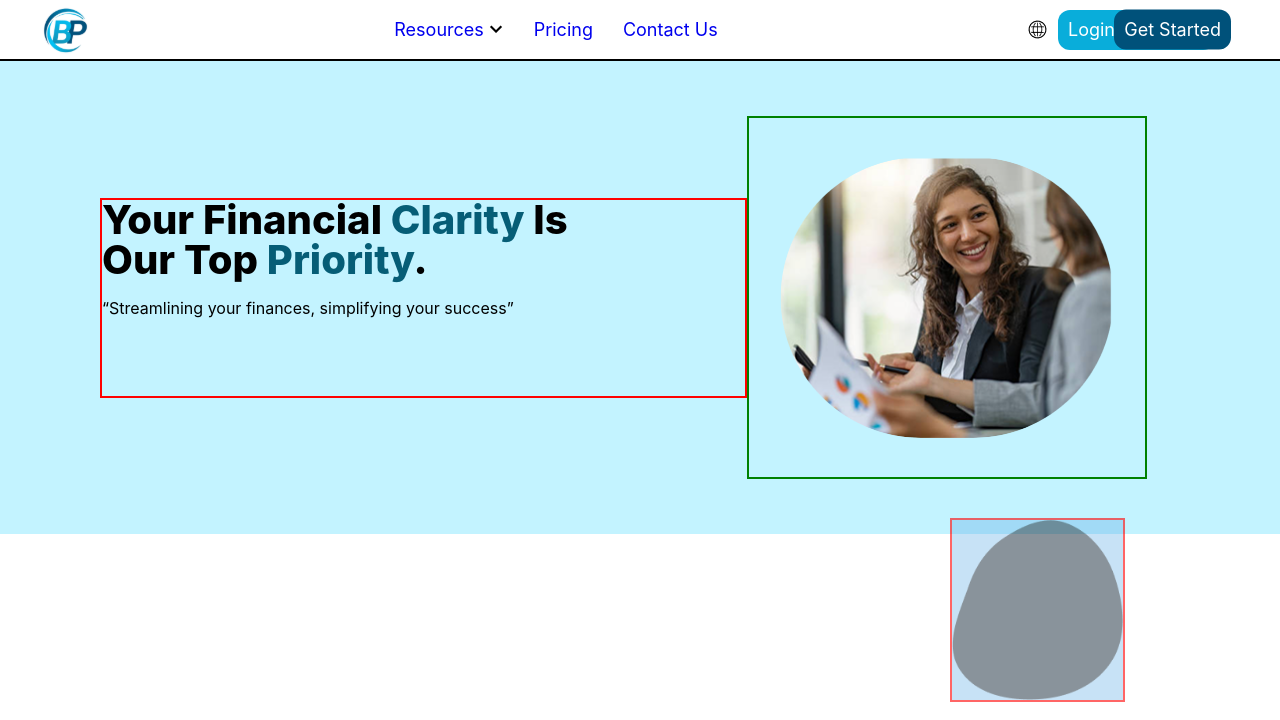
Repository: dark-txch/Bizpadi
Page: /
The author's editor kept a copy of each file at every save. The page is drawn from the files as they stood at one save, then again after the next save.
The browser window is 1280 px wide. The pictures show the whole page.
The project was rebuilt for these pictures with package versions that can differ from the ones it lists, and the page was loaded fresh each time. Also part of the build but not shown: vite.config.js.

Above is the page before, as saved 2025-04-02 05:12:31.

### index.html
<!DOCTYPE html>
<html lang="en">
	<head>
		<meta charset="UTF-8" />
		<link rel="icon" type="image/svg+xml" href="/public/logo.svg" />
		<meta name="viewport" content="width=device-width, initial-scale=1.0" />
		<title>Bizpadi</title>
	</head>
	<body>
		<div id="root"></div>
		<script type="module" src="/src/main.jsx"></script>
	</body>
</html>

### src/index.css
:root {
	font-family: system-ui, Avenir, Helvetica, Arial, sans-serif;
	line-height: 1.5;
	font-weight: 400;

	color-scheme: light dark;
	color: black;
	background-color: white;

	font-synthesis: none;
	text-rendering: optimizeLegibility;
	-webkit-font-smoothing: antialiased;
	-moz-osx-font-smoothing: grayscale;
}

* {
	box-sizing: border-box;
	padding: 0;
	margin: 0;
	outline: none;
	border: none;
}

body {
	height: 100vh;
	width: 100vw;
	overflow: hidden;

	font-family: "inter", sans-serif;
}

a {
	text-decoration: none;
}

### src/App.jsx
import "./App.css";
import Nav from "./components/LandingPage/Nav";
import MidSection from "./components/LandingPage/MidSection";

function App() {
	return (
		<>
			<Nav />
			<MidSection />
		</>
	);
}

export default App;

### src/App.css
/*  LANDING PAGE/Main container */

@font-face {
	font-family: "MyCustomFont";
	src: url("/fonts/Inter/Inter-Italic-VariableFont_opsz,wght.ttf")
			format("truetype"),
		url("/fonts/Inter/Inter-VariableFont_opsz,wght.ttf") format("truetype");
	font-weight: normal;
	font-style: normal;
}

nav.homepage-nav {
	/*  this is the parent container */
	width: 100vw;
	height: 61px;
	display: flex;
	font-size: 18px;
	align-items: center;
	justify-content: space-between;
	border-bottom: 2px solid #000;
	box-shadow: 1px 1px 2px 0px rgba(0, 0, 0, 0.25%);
}

nav.homepage-nav .logo {
	/* this is the first div "LOGO" */
	margin-left: 30px;
	margin-top: 10px;
}

nav.homepage-nav :nth-child(2) a {
	/* this is the middle div */
	width: 309px;
	height: 24px;
	position: relative;
}

.homepage-nav div:nth-child(2) a:nth-of-type(1) {
	margin-right: 50px;
}

.homepage-nav div:nth-child(2) a:nth-of-type(2) {
	margin-right: 30px;
}

nav.homepage-nav :nth-child(2) a > img {
	position: absolute;
}

.homepage-nav div:nth-child(3) {
	/* this is the login and get started container .. the third div*/
	width: 218px;
	height: 40px;
	display: flex;
	justify-content: center;
	align-items: center;
	gap: 10px;
	position: relative;
	color: white;
	border-radius: 12px;
	margin-right: 50px;
}

.homepage-nav div:nth-child(3) a:nth-of-type(1) {
	/* this is the login button */
	background-color: #09adda;
	color: inherit;
	display: inline-block;
	width: 157px;
	padding: 8px;
	height: inherit;
	padding-left: 10px;
	border-radius: inherit;
	display: flex;
	align-items: center;
}

.homepage-nav div:nth-child(3) a:nth-of-type(2) {
	/* this is the signup button */
	background-color: #00517a;
	color: inherit;
	display: inline-block;
	/* width: 110px; */
	padding-left: 10px;
	padding-right: 10px;
	height: inherit;
	border-radius: inherit;
	position: absolute;
	top: -2px;
	right: -10px;
	transform: translate(-9px, 1.5px);
	display: flex;
	align-items: center;
}

/* MIDSECTION */
.midSection {
	background-color: #c3f3ff;
	height: 473px;
	display: flex;
	align-items: center;
}

.landingPageMotto {
	display: inline-block;
	width: 647px;
	height: 200px;
	top: 166px;
	left: 113px;
	/* gap: 19px; */

	margin-left: 100px;

	border: 2px solid red;
}

.landingPageMotto > h1 {
	width: 538px;
	height: 96px;

	font-weight: 800;
	font-size: 40px;
	line-height: 100%;
	text-transform: capitalize;
}

.landingPageMotto > h1 span {
	color: #065d76;
}

.landingPageImages {
	position: relative;
	border: 2px solid green;
	width: 399.93px;
	height: 362.9px;
	display: flex;
	justify-content: center;
	align-items: center;
}

.landingPageImages > img {
	position: absolute;
}

.landingPageImages > img:nth-of-type(1) {
	width: 334.57px;
	height: 281.66px;
	border-radius: 150px;
	z-index: 100;
}

.landingPageImages > img:nth-of-type(2) {
	width: 175.07px;
	height: 184.4px;
	top: 400px;
	right: 20px;
	background-color: #65b0e799;
	opacity: 0.6;

	border: 2px solid red;
}

.landingPageImages > img:nth-of-type(3) {
}

### src/components/LandingPage/Nav.jsx
export default function Nav() {
	return (
		// Main Landing container, parent housing the landing page
		<>
			{/* Inside of the main is the nav element */}
			<nav className="homepage-nav">
				<div className="logo">
					<img src="/assets/icons/logo.svg" alt="Bizpadi icon" />
				</div>

				{/* Second div */}
				<div>
					<a href="#">
						Resources
						<img src="/assets/icons/dropdown.png" alt="dropdown icon" />
					</a>
					<a href="#">Pricing</a>
					<a href="#">Contact Us</a>
				</div>

				{/* Third div */}
				<div>
					<img src="/assets/icons/world.png" alt="world" />
					<a href="#">Login</a>
					<a href="#">Get Started</a>
				</div>
			</nav>
		</>
	);
}

### src/components/LandingPage/MidSection.jsx
export default function MidSection() {
	return (
		<section className="midSection">
			<div className="landingPageMotto">
				<h1>
					Your financial <span>clarity</span> is our top <span>priority</span>.
				</h1>
				<p>“Streamlining your finances, simplifying your success”</p>
			</div>

			{/* This is the images section in the mid section */}
			<div className="landingPageImages">
				<img src="/assets/images/smiley.png" alt="smiley" />
				<img src="/assets/images/Vector-black.png" alt="vector-black" />
				<img src="/assets/images/Vector-blue.png" alt="vector-blue" />
				<img src="/assets/images/Vector-orange.png" alt="vector-orange" />
				<img src="/assets/images/Vector.png" alt="vector" />
			</div>
		</section>
	);
}

Loaded but not shown: src/main.jsx (common file)

After the next save:
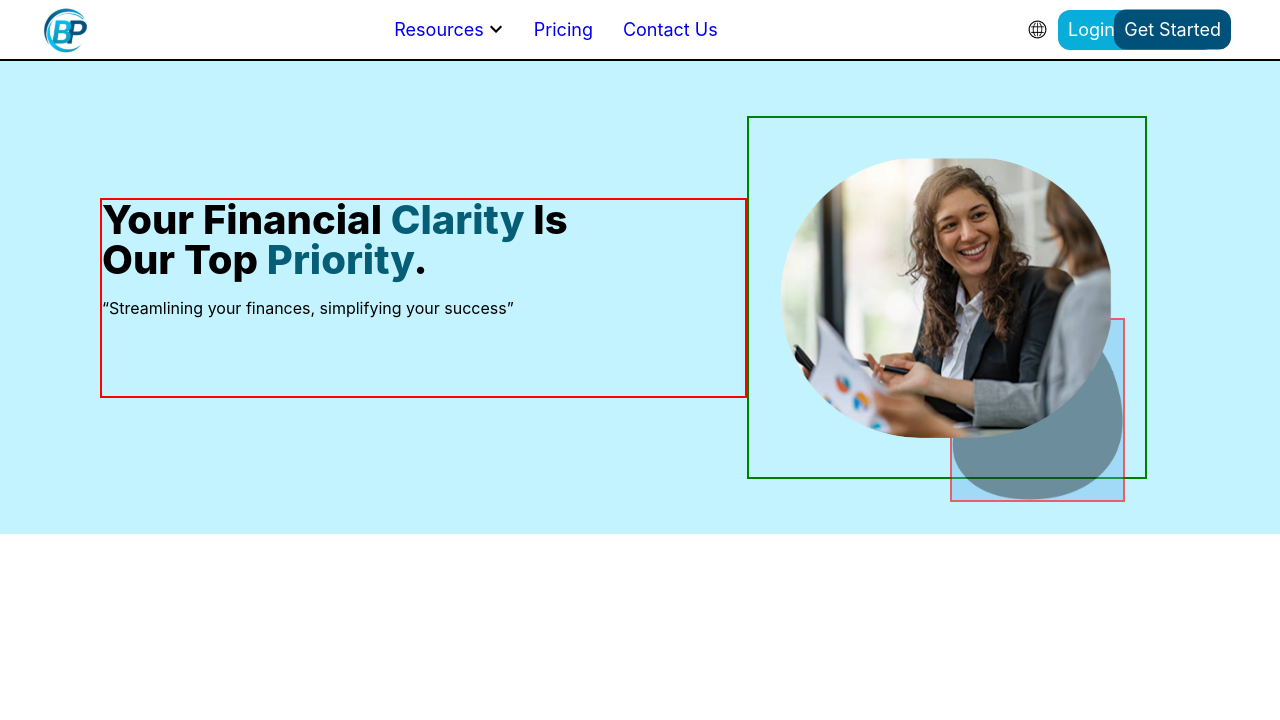
Saved 12 s later.
--- a/src/App.css
+++ b/src/App.css
@@ -151,7 +151,7 @@ nav.homepage-nav :nth-child(2) a > img {
 .landingPageImages > img:nth-of-type(2) {
 	width: 175.07px;
 	height: 184.4px;
-	top: 400px;
+	top: 200px;
 	right: 20px;
 	background-color: #65b0e799;
 	opacity: 0.6;
